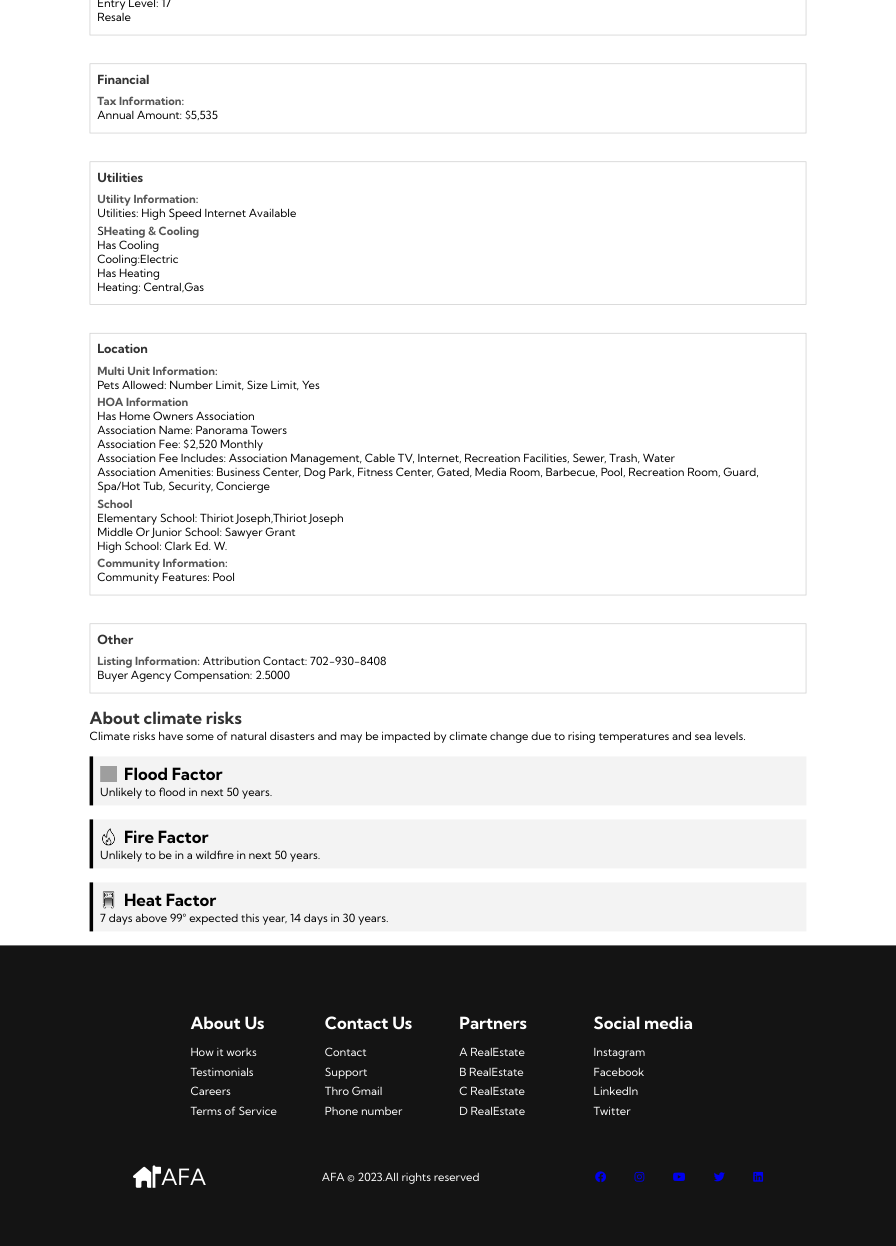
Repository: MrAllin1/ProgWWW_23_Gr1
Page: pages/Apartment5.html
The author's editor kept a copy of each file at every save. The page is drawn from the files as they stood at one save, then again after the next save.
The browser window is 1280 px wide. The pictures show the part of the page from y = 2592 to 4512 px (the page is 4372 px tall before and 4512 px after), at 70% of full size.
Pictures or frames that could not be fetched are drawn as grey boxes. A picture or video elsewhere on the page could not be fetched, so the positions and the page height are approximate. Some web libraries are served in a nearby version.

Above is the page before, as saved 2024-01-11 06:40:03.

After the next save:
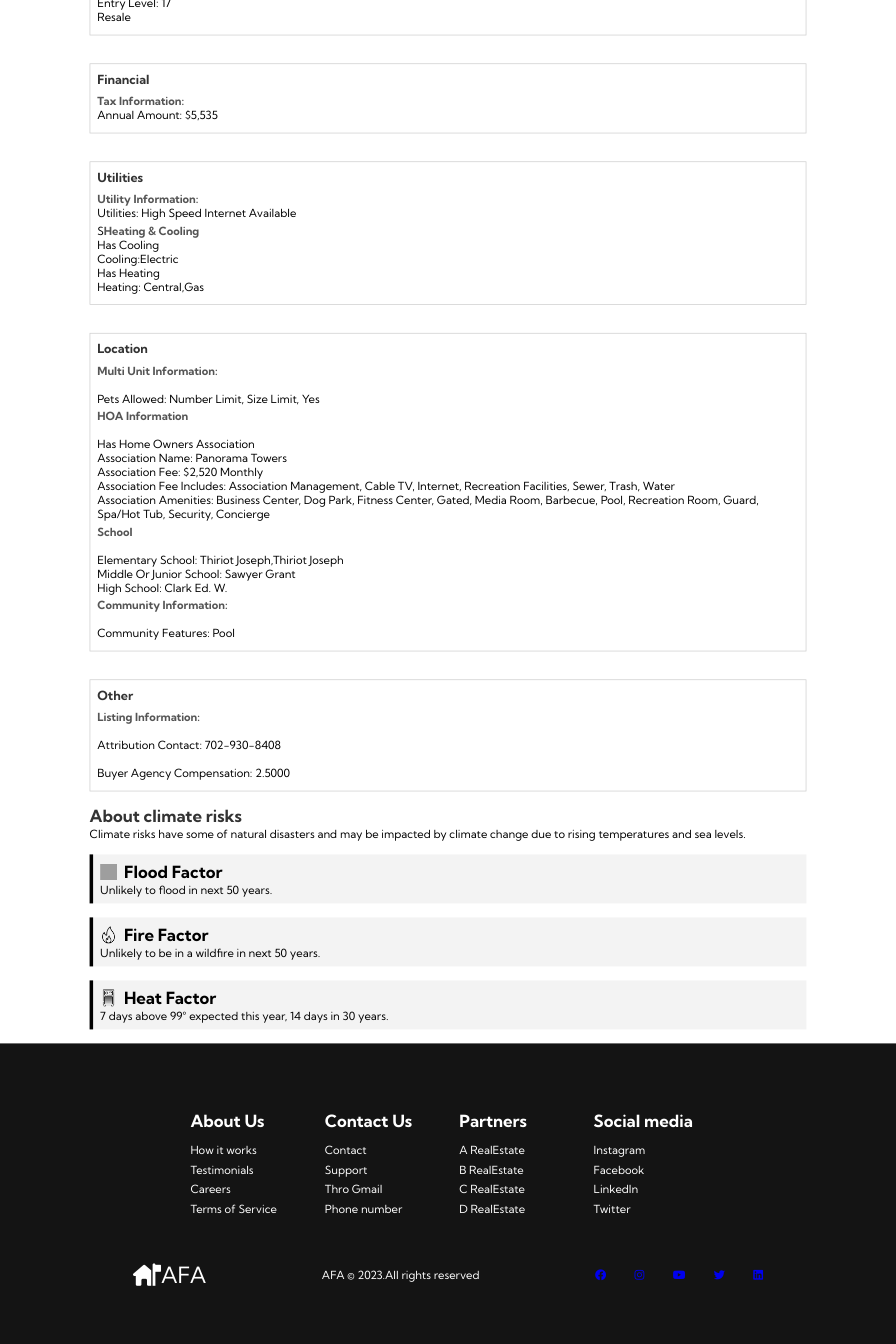
Saved 32 s later.
--- a/pages/Apartment5.html
+++ b/pages/Apartment5.html
@@ -194,10 +194,10 @@
                 <div class="section">
                     <h2>Location</h2>
                     <ul>
-                        <li><strong>Multi Unit Information:</strong></br> Pets Allowed: Number Limit, Size Limit, Yes</li>
-                        <li><strong>HOA Information</strong> </br>Has Home Owners Association </br>Association Name: Panorama Towers </br>Association Fee: $2,520 Monthly</br>Association Fee Includes: Association Management, Cable TV, Internet, Recreation Facilities, Sewer, Trash, Water</br>Association Amenities: Business Center, Dog Park, Fitness Center, Gated, Media Room, Barbecue, Pool, Recreation Room, Guard, Spa/Hot Tub, Security, Concierge</li>
-                        <li><strong>School</strong></br>  Elementary School: Thiriot Joseph,Thiriot Joseph</br>Middle Or Junior School: Sawyer Grant</br>High School: Clark Ed. W.</li>
-                        <li><strong>Community Information:</strong></br>Community Features: Pool</li>
+                        <li><strong>Multi Unit Information:</strong></br></br> Pets Allowed: Number Limit, Size Limit, Yes</li>
+                        <li><strong>HOA Information</strong> </br></br>Has Home Owners Association </br>Association Name: Panorama Towers </br>Association Fee: $2,520 Monthly</br>Association Fee Includes: Association Management, Cable TV, Internet, Recreation Facilities, Sewer, Trash, Water</br>Association Amenities: Business Center, Dog Park, Fitness Center, Gated, Media Room, Barbecue, Pool, Recreation Room, Guard, Spa/Hot Tub, Security, Concierge</li>
+                        <li><strong>School</strong></br> </br> Elementary School: Thiriot Joseph,Thiriot Joseph</br>Middle Or Junior School: Sawyer Grant</br>High School: Clark Ed. W.</li>
+                        <li><strong>Community Information:</strong></br></br>Community Features: Pool</li>
                     </ul>
                 </div>
             </div>
@@ -207,7 +207,7 @@
                 <div class="section">
                     <h2>Other</h2>
                     <ul>
-                        <li><strong>Listing Information:</strong> Attribution Contact: 702-930-8408</br>Buyer Agency Compensation: 2.5000</li>
+                        <li><strong>Listing Information:</strong></br></br> Attribution Contact: 702-930-8408</br></br>Buyer Agency Compensation: 2.5000</li>
                     </ul>
                 </div>
             </div>
